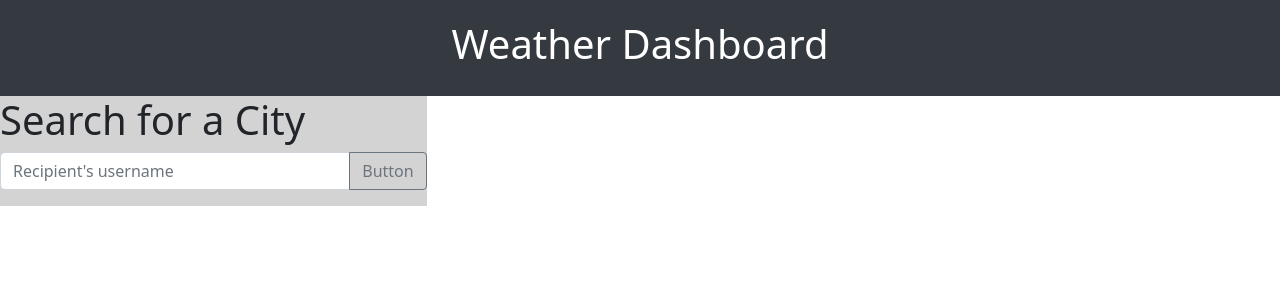
Repository: ziffoit/Weather_Dashboard
Page: index.html
An editor plug-in stored every save of this project. The page is shown before and after the next save, followed by the edit.
The browser window is 1280 px wide. The pictures show the whole page.

Above is the page before, as saved 2021-03-25 14:06:56.

After the next save:
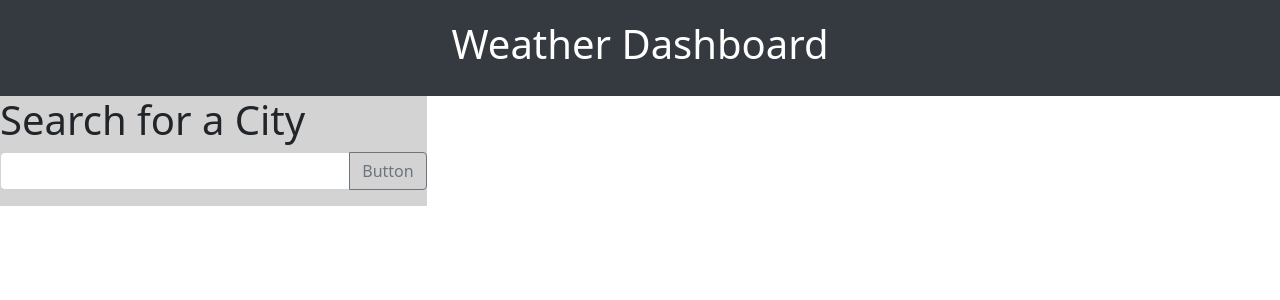
Saved 45 s later.
--- a/index.html
+++ b/index.html
@@ -19,13 +19,7 @@
     <aside class="col-md-4">
       <h1>Search for a City</h1>
       <div class="input-group mb-3">
-        <input
-          type="text"
-          class="form-control"
-          placeholder="Recipient's username"
-          aria-label="Recipient's username"
-          aria-describedby="button-addon2"
-        />
+        <input type="text" class="form-control" />
         <button
           class="btn btn-outline-secondary"
           type="button"
